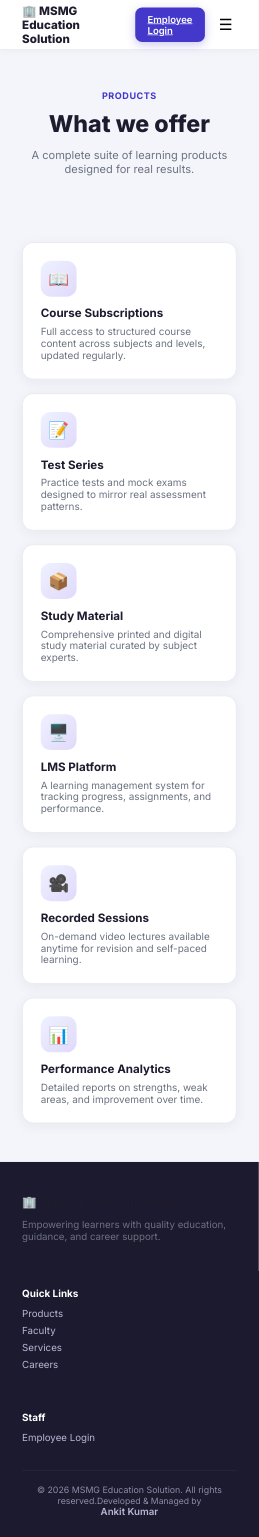
Repository: Kumarankit666/HRMS
Page: /products (app in frontend/)
These files come from the project's save history. The page is drawn as it stood at one moment and after the next save; the edit follows.
The browser window is 375 px wide. The pictures show the whole page, at 69% of full size.
The project was rebuilt for these pictures with package versions that can differ from the ones it lists, and the page was loaded fresh each time. Also part of the build but not shown: frontend/vite.config.js, frontend/src/components/ProtectedRoute.jsx, frontend/src/components/AppLayout.jsx, frontend/src/pages/public/Home.jsx, frontend/src/pages/public/Faculty.jsx, frontend/src/pages/public/Services.jsx, frontend/src/pages/public/Careers.jsx, frontend/src/pages/Login.jsx and 17 more.

Above is the page before, as saved 2026-07-21 01:21:20.

After the next save:
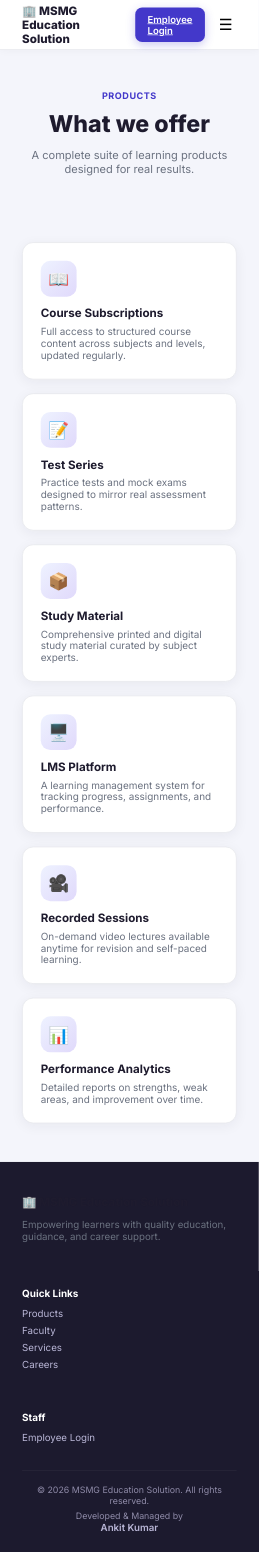
Saved 14 s later.
--- a/frontend/src/index.css
+++ b/frontend/src/index.css
@@ -252,23 +252,21 @@ table.hrms-table tr:last-child td { border-bottom: none; }
 .pub-card h3 { font-size: 1.05rem; font-weight: 700; margin: 0 0 8px; }
 .pub-card p { color: var(--muted); font-size: 0.9rem; margin: 0; }
 
-.pub-faculty-hint {
-  font-size: 0.72rem; color: var(--primary); opacity: 0.7; margin-top: 4px; transition: opacity .2s;
-}
-.pub-faculty-card:hover .pub-faculty-hint { opacity: 0; height: 0; margin: 0; }
 .pub-faculty-meta {
-  display: flex; flex-wrap: wrap; gap: 6px; justify-content: center; margin-top: 4px;
-  opacity: 0; transform: translateY(8px); max-height: 0; overflow: hidden;
-  transition: opacity .3s ease, transform .3s ease, max-height .3s ease, margin .3s ease;
-}
-.pub-faculty-card:hover .pub-faculty-meta { opacity: 1; transform: translateY(0); max-height: 80px; margin-top: 10px; }
-.pub-faculty-card { cursor: default; }
+  display: flex; flex-wrap: wrap; gap: 6px; justify-content: center; margin-top: 10px;
+}
 .pub-faculty-badge {
   font-size: 0.72rem; font-weight: 600; padding: 4px 10px; border-radius: 20px;
   background: var(--primary-light); color: var(--primary-dark);
 }
 
-.pub-faculty-card { text-align: center; }
+.pub-faculty-card {
+  text-align: center; position: relative; overflow: hidden; padding-top: 30px;
+}
+.pub-faculty-card::before {
+  content: ''; position: absolute; top: 0; left: 0; right: 0; height: 4px;
+  background: linear-gradient(90deg, var(--primary), #ec4899);
+}
 .pub-avatar-lg { width: 66px; height: 66px; border-radius: 50%; background: var(--primary-light); color: var(--primary); font-weight: 800; font-size: 1.1rem; display: flex; align-items: center; justify-content: center; margin: 0 auto 14px; }
 .pub-avatar-photo { width: 90px; height: 90px; border-radius: 50%; object-fit: cover; margin: 0 auto 14px; display: block; border: 3px solid var(--primary-light); }
 .pub-faculty-role { color: var(--primary); font-weight: 600; font-size: 0.85rem; margin: 2px 0; }
@@ -284,9 +282,11 @@ table.hrms-table tr:last-child td { border-bottom: none; }
 .pub-job-row { display: flex; justify-content: space-between; align-items: center; background: #fff; border: 1px solid var(--border); border-radius: 12px; padding: 18px 22px; box-shadow: 0 2px 12px rgba(30,27,46,0.05); }
 .pub-job-row h4 { margin: 0 0 4px; font-size: 1rem; }
 
-.dev-credit { text-align: center; font-size: 0.78rem; color: #8f8ba8; }
+.pub-footer-bottom-row { display: flex; justify-content: space-between; align-items: center; flex-wrap: wrap; gap: 8px; text-align: left; }
+.dev-credit { font-size: 0.8rem; color: #8f8ba8; }
 .dev-credit a { color: #b9b6d6; text-decoration: none; font-weight: 600; }
 .dev-credit a:hover { color: #fff; text-decoration: underline; }
+@media (max-width: 600px) { .pub-footer-bottom-row { flex-direction: column; text-align: center; } }
 
 .pub-footer { background: var(--sidebar-bg); color: #d9d7ea; padding: 48px 32px 20px; margin-top: auto; }
 .pub-footer-inner { max-width: 1200px; margin: 0 auto; display: grid; grid-template-columns: 2fr 1fr 1fr; gap: 32px; }
